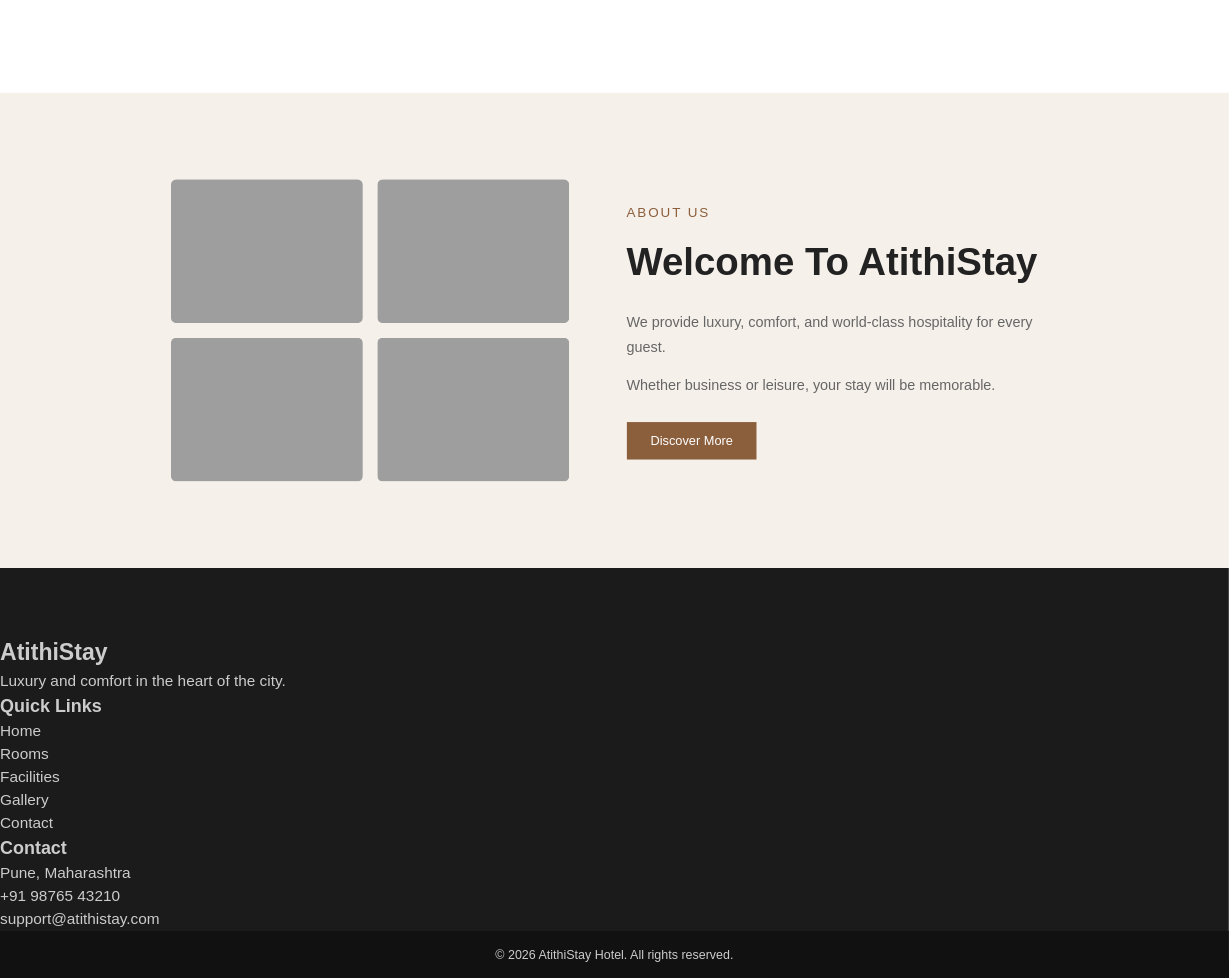
Repository: shraddhasal/HotelManagementSystem
Page: http://localhost/HMS/home.jsp
An editor plug-in stored every save of this project. The page is shown before and after the next save, followed by the edit.
The browser window is 1280 px wide. The pictures show the part of the page from y = 3233 to 4252 px (the page is 4252 px tall before and 4207 px after), at 96% of full size.
Pictures or frames that could not be fetched are drawn as grey boxes. The page is served by Tomcat 10.

Above is the page before, as saved 2026-02-16 07:20:46.

After the next save:
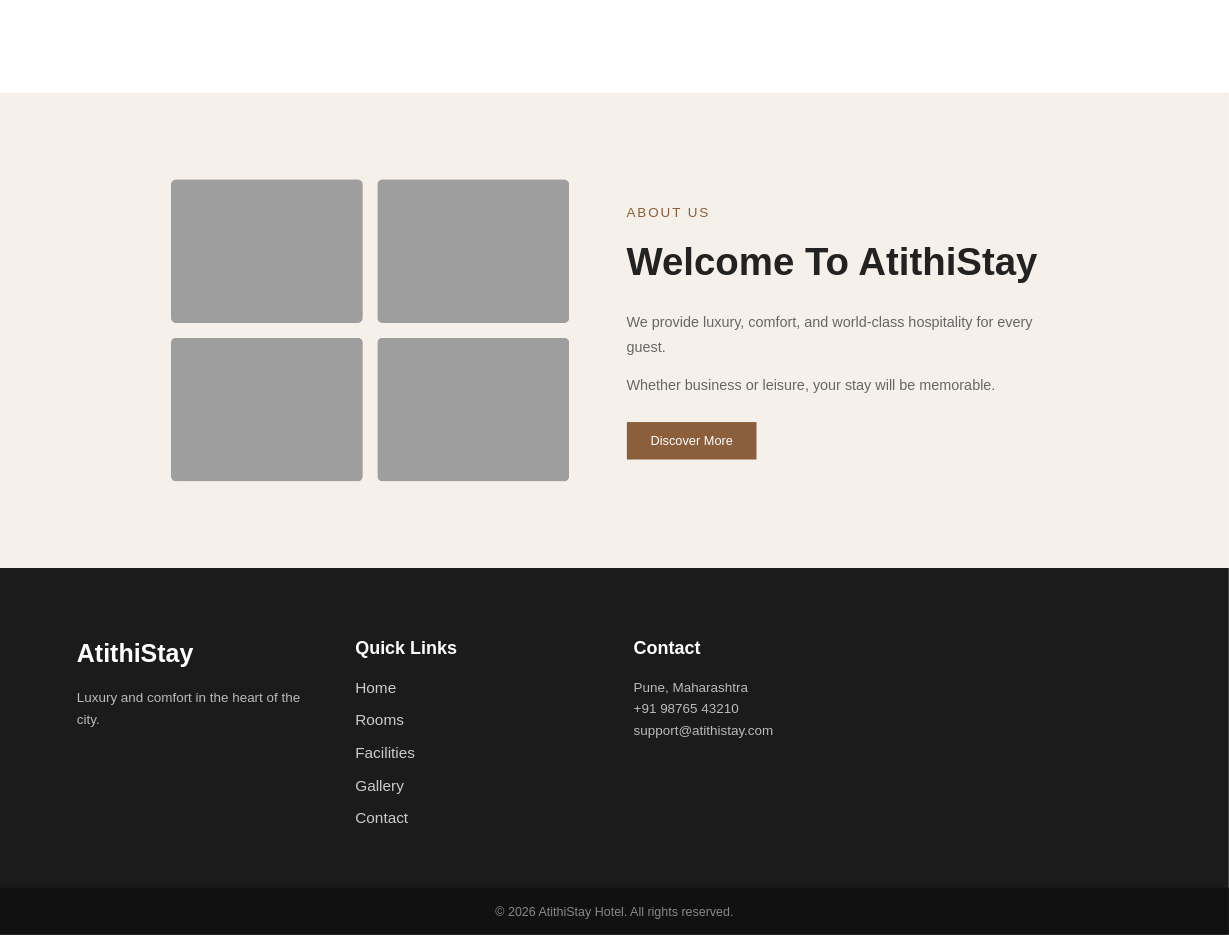
Saved 22 s later.
--- a/HMS/src/main/webapp/css/home.css
+++ b/HMS/src/main/webapp/css/home.css
@@ -712,15 +712,106 @@
 
 
 /* ================= FOOTER ================= */
+
 .footer {
   background: #1b1b1b;
   color: #ccc;
   padding-top: 70px;
 }
 
+/* Container */
+.footer-container {
+  display: grid;
+  grid-template-columns: repeat(4, 1fr);
+  gap: 40px;
+  padding: 0 80px 50px;
+}
+
+/* Logo */
+.footer-logo {
+  color: #fff;
+  font-size: 26px;
+  margin-bottom: 15px;
+}
+
+/* Headings */
+.footer-col h3 {
+  color: #fff;
+  margin-bottom: 15px;
+}
+
+/* Text */
+.footer-col p {
+  font-size: 14px;
+  line-height: 1.6;
+  color: #bbb;
+}
+
+/* Links */
+.footer-col ul {
+  list-style: none;
+  padding: 0;
+}
+
+.footer-col li {
+  margin-bottom: 10px;
+  cursor: pointer;
+  transition: 0.3s;
+}
+
+.footer-col li:hover {
+  color: #c8a97e;
+}
+
+/* Subscribe */
+.subscribe-box {
+  display: flex;
+  margin-top: 10px;
+}
+
+.subscribe-box input {
+  padding: 10px;
+  border: none;
+  outline: none;
+  flex: 1;
+  font-size: 13px;
+}
+
+.subscribe-box button {
+  background: #c8a97e;
+  border: none;
+  padding: 10px 15px;
+  color: #fff;
+  cursor: pointer;
+  transition: 0.3s;
+}
+
+.subscribe-box button:hover {
+  background: #a8825e;
+}
+
+/* Social icons */
+.social-icons {
+  margin-top: 15px;
+  display: flex;
+  gap: 12px;
+  font-size: 18px;
+}
+
+.social-icons span {
+  cursor: pointer;
+  transition: 0.3s;
+}
+
+.social-icons span:hover {
+  color: #c8a97e;
+}
+
+/* Bottom bar */
 .footer-bottom {
   text-align: center;
   padding: 15px;
   background: #111;
   font-size: 13px;
-}
+  color: #888;
+}
